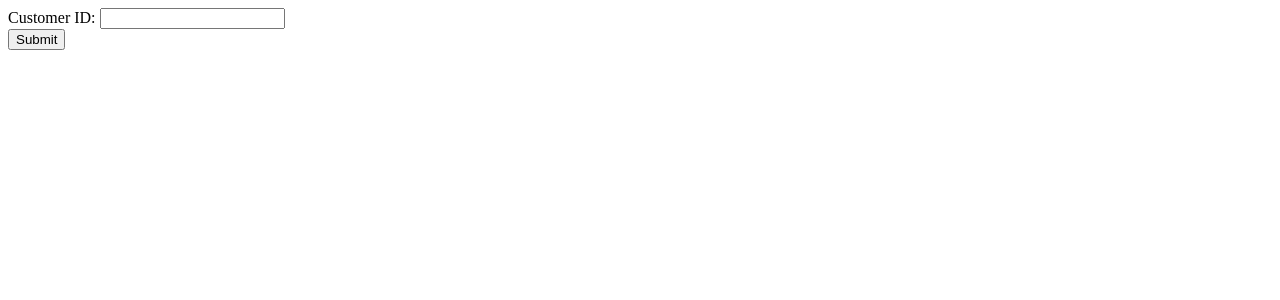
Repository: pradeep9689/monoceptAssignment
Page: http://localhost/BankApplication-mvc/addAccount.jsp
These files come from the project's save history. The page is drawn as it stood at one moment and after the next save; the edit follows.
The browser window is 1280 px wide. The pictures show the whole page.
The page is served by Tomcat 9. Nobody is signed in. The application's start-up code is not run.

Above is the page before, as saved 2024-07-20 06:04:09.

After the next save:
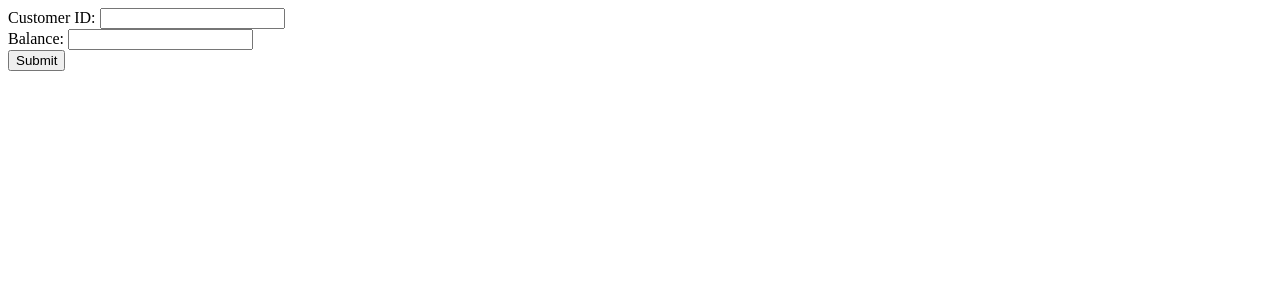
Saved 2 min 32 s later.
--- a/BankApplication-mvc/WebContent/addAccount.jsp
+++ b/BankApplication-mvc/WebContent/addAccount.jsp
@@ -10,6 +10,7 @@
  <form action="BankController" method="post">
         <input type="hidden" name="action" value="addAccount">
         <label>Customer ID: <input type="text" name="customerId"></label><br>
+         <label>Balance: <input type="text" name="balance"></label><br>
         <input type="submit" value="Submit">
     </form>
 </body>
